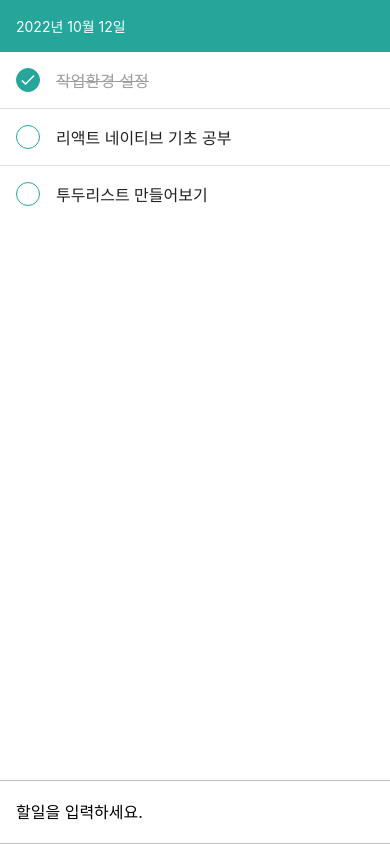
Repository: H-Rn-Study/haebzzang
Screen: / (app in TodoApp/)
The author's editor kept a copy of each file at every save. The screen is drawn from the files as they stood at one save, then again after the next save.
The app was drawn by React Native's web renderer in a window 390 px wide. The project was rebuilt for these pictures with package versions that can differ from the ones it lists, and the page was loaded fresh each time. Also part of the build but not shown: TodoApp/components/Empty.js.

Above is the screen before, as saved 2022-10-26 15:22:50.

### TodoApp/App.js
import React, {useState} from 'react';
import {StyleSheet, KeyboardAvoidingView, Platform} from 'react-native';
import DateHead from './components/DateHead';
import {SafeAreaProvider, SafeAreaView} from 'react-native-safe-area-context';
import AddTodo from "./components/AddTodo";
import Empty from './components/Empty';
import TodoList from './components/TodoList';

function App() {
  const today = new Date();

  const [todos, setTodos] = useState([
    {id : 1, text : '작업환경 설정', done : true},
    {id : 2, text : '리액트 네이티브 기초 공부', done : false},
    {id : 3, text : '투두리스트 만들어보기', done : false},
  ]);

  const onInsert = text => {
    // 새로 등록할 항목의 id 구하기
    // 등록된 항목 중, 가장 큰 id를 구하고 그 값에 1 더함
    // 리스트가 비어있다면 1을 id로 사용
    const nextId = todos.length > 0 ? Math.max(...todos.map(todo => todo.id)) + 1 : 1;
    const todo = {
      id: nextId,
      text,
      done: false,
    };

    setTodos(todos.concat(todo));
  };

  const onToggle = id => {
    const nextTodos = todos.map(todo =>
      todo.id === id ? {...todo, done : !todo.done} : todo,
      );
      setTodos(nextTodos);
  }


  return (
    <SafeAreaProvider>
      <SafeAreaView edges = {['buttom']} style = {styles.block}>
        <KeyboardAvoidingView
          behavior = {Platform.select({ios: 'padding', android: undefined})}
          style = {styles.avoid}>
          <DateHead date = {today} />
          {todos.length === 0 ? (
          <Empty />
          ) : (
          <TodoList todos = {todos} onToggle = {onToggle} />
        )}
          <AddTodo onInsert = {onInsert} />
        </KeyboardAvoidingView>
      </SafeAreaView>
    </SafeAreaProvider>
  );
}

const styles = StyleSheet.create({
  block: {
    flex: 1,
    backgroundColor: 'white',
  },

  avoid: {
    flex: 1,
  },
});

export default App;

### TodoApp/components/DateHead.js
import React from 'react';
import {View, Text, StyleSheet, StatusBar} from 'react-native';
import {useSafeAreaInsets} from 'react-native-safe-area-context';

function DateHead({date}) {
    const year = date.getFullYear();
    const month = date.getMonth() + 1;
    const day = date.getDate();

    const formatted = `${year}년 ${month}월 ${day}일`;
    const {top} = useSafeAreaInsets();

    return (
        <>
        <View style = {[styles.statusBarPlaceholder, {height: top}]} />
        <StatusBar backgroundColor = "#26a69a" barStyle = "light=content" />
        <View style = {styles.block}>
            <Text style = {styles.dateText}>{formatted}</Text>
        </View>
        </>
    );
}

const styles = StyleSheet.create({
    statusBarPlaceholder: {
        backgroundColor: "#26a69a",
    },
    block: {
        padding: 16,
        backgroundColor: '#26a69a',
    },

    dateText: {
        fontsize: 24,
        color: 'white',
    },
});

export default DateHead;

### TodoApp/components/AddTodo.js
import React, {useState} from "react";
import {View, StyleSheet, TextInput, Image, TouchableOpacity, Platform, TouchableNativeFeedback, Keyboard,} from "react-native";

function AddTodo({onInsert}) {
    const [text, setText] = useState('');

    const onPress = () => {
        onInsert(text);
        setText('');
        Keyboard.dismiss();
    };

    const button = (
        <View style = {styles.buttonStyle}>
            <Image source = {require('../assets/icons/add_white/add_white.png')} />
        </View>
    );

    return (
    <View style = {styles.block}>
        <TextInput placeholder = "할일을 입력하세요."
        style = {styles.input}
        value = {text}
        onChangeText = {setText}
        onSubmitEditing = {onPress}
        returnKeyType = "done"
        />
        {Platform.select({
            ios: <TouchableOpacity activeOpacity = {0.5} onPress = {onPress}>
                {button}
                </TouchableOpacity>,
            android: (
                <View style = {styles.circleWrapper}>
                    <TouchableNativeFeedback onPress = {onPress}>
                        {button}
                    </TouchableNativeFeedback>
                </View>
            ),
        })}
    </View>
    );
}

const styles = StyleSheet.create({
    block: {
        backgroundColor: 'white',
        height: 64,
        paddingHorizontal: 16,
        borderColor: "#bdbdbd",
        borderTopWidth: 1,
        borderBottomWidth: 1,
        alignItems: 'center',
        flexDirection: 'row',
    },

    input: {
        flex: 1,
        fontSize: 16,
        paddingVertical: 8,
    },

    buttonStyle: {
        alignItems: 'center',
        justifyContent: 'center',
        width: 48,
        height: 48,
        backgroundColor: '#26a69a',
        borderRadius: 24,
    },

    circleWrapper: {
        overflow: 'hidden',
        borderRadius: 24,
    }
});

export default AddTodo;

### TodoApp/components/TodoList.js
import React from 'react';
import {FlatList, View, Text, StyleSheet} from 'react-native';
import TodoItem from './TodoItem';

function TodoList({todos, onToggle}) {
    return (
        <FlatList
        ItemSeparatorComponent={() => <View style = {styles.separator} />}
        style = {styles.list}
        data = {todos}
        renderItem = {({item}) => (
            <TodoItem id = {item.id} text = {item.text} done = {item.done} onToggle = {onToggle}/>
            )}
            keyExtractor = {item => item.id.toString()}
            />
    );
}


const styles = StyleSheet.create({
    list: {
        flex:1,
    },
    separator: {
        backgroundColor: "#e0e0e0",
        height: 1,
    },
});

export default TodoList;

### TodoApp/components/TodoItem.js
import React from 'react';
import {View, Text, StyleSheet, Image, TouchableOpacity} from 'react-native';

function TodoItem({id, text, done, onToggle}) {
    return (
        <View style = {styles.item}>
            <TouchableOpacity onPress = {() => onToggle(id)}>
            <View style = {[styles.circle, done && styles.filled]}>
                {done && (
                    <Image source = {require('../assets/icons/check_white/check_white.png')}
                    />
                )}
            </View>
            </TouchableOpacity>
            <Text style = {[styles.text, done && styles.lineThrough]}>{text}</Text>
        </View>
    );
}

const styles = StyleSheet.create({
    item: {
        flexDirection: 'row',
        padding: 16,
        alignItems: 'center',
    },
    circle: {
        width: 24,
        height: 24,
        borderRadius: 12,
        borderColor: '#26a69a',
        borderWidth: 1,
        marginRight: 16,
    },
    filled: {
        justifyContent: 'center',
        alignItems: 'center',
        backgroundColor : '#26a69a',
    },
    text: {
        flex: 1,
        fontSize: 16,
        color: '#212121',
    },
    lineThrough: {
        color: "#9e9e9e",
        textDecorationLine: 'line-through',
    },
});

export default TodoItem;

After the next save:
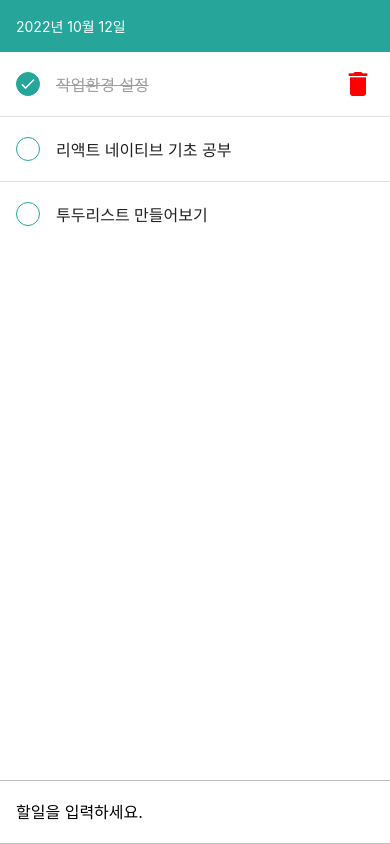
Saved 12 min 53 s later.
--- a/TodoApp/components/TodoItem.js
+++ b/TodoApp/components/TodoItem.js
@@ -1,5 +1,6 @@
 import React from 'react';
 import {View, Text, StyleSheet, Image, TouchableOpacity} from 'react-native';
+import Icon from 'react-native-vector-icons/MaterialIcons';
 
 function TodoItem({id, text, done, onToggle}) {
     return (
@@ -13,6 +14,11 @@ function TodoItem({id, text, done, onToggle}) {
             </View>
             </TouchableOpacity>
             <Text style = {[styles.text, done && styles.lineThrough]}>{text}</Text>
+            {done ? (
+                <Icon name = "delete" size = {32} color = "red" />
+            ) : (
+                <View style = {styles.removePlaceholder} />
+            )}
         </View>
     );
 }
@@ -45,6 +51,11 @@ const styles = StyleSheet.create({
         color: "#9e9e9e",
         textDecorationLine: 'line-through',
     },
+
+    removePlaceholder: {
+        width : 32,
+        height : 32,
+    },
 });
 
 export default TodoItem;
